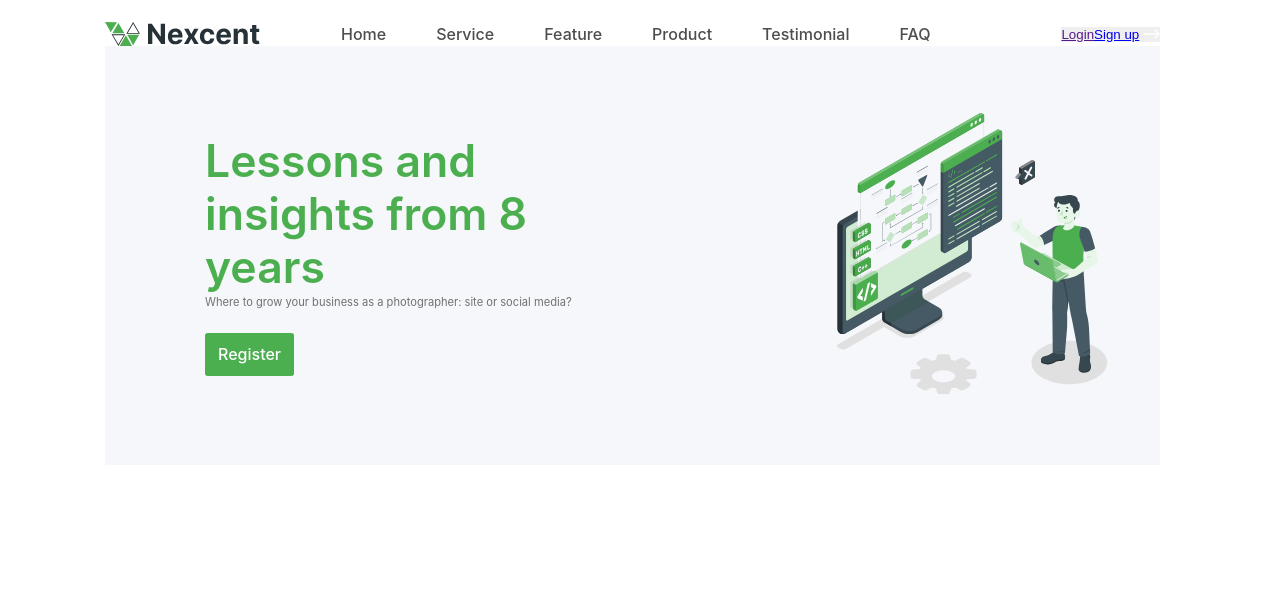
Repository: kubrazamanova/Folder4
Page: homePage/index.html
An editor plug-in stored every save of this project. The page is shown before and after the next save, followed by the edit.
The browser window is 1280 px wide. The pictures show the whole page.

Above is the page before, as saved 2023-11-11 11:38:46.

### homePage/index.html
<!DOCTYPE html>
<html lang="en">
  <head>
    <meta charset="UTF-8" />
    <meta name="viewport" content="width=device-width, initial-scale=1.0" />
    <link rel="stylesheet" href="index.css" />
    <title>Document</title>
  </head>
  <body>

    <div class="container">
      <nav>
        <img src="../images/Logo.svg" alt="">
        <ul>

          <li>
            <a href="#">Home</a>
          </li>

          <li>
            <a href="#">Service</a>
          </li>
          <li>
            <a href="#">Feature</a>
          </li>

          <li>
            <a href="#">Product</a>
          </li>

          <li>
            <a href="#">Testimonial</a>
          </li>

          <li>
            <a href="#">FAQ</a>
          </li>

        </ul>
        <div class="buttons-box">
            <button class="login-btn">
                <a href="">Login</a>
            </button>
            <button class="signup-btn">
                <a href="#">Sign up</a>
                <svg xmlns="http://www.w3.org/2000/svg" width="17" height="10" viewBox="0 0 17 10" fill="none">
                    <path d="M12 9L15.2929 5.70711C15.6834 5.31658 15.6834 4.68342 15.2929 4.29289L12 1M15 5L1 5" stroke="white" stroke-width="1.5" stroke-linecap="round"/>
                    </svg>
            </button>
        </div>
      </nav>

      <div class="box2">
        <div class="left-side">
          <h1>Lessons and insights from 8 years</h1>
          <h2>
            Where to grow your business as a photographer: site or social media?
          </h2>
          <a href="#">Register</a>
        </div>

        <div class="right-side">
          <img src="../images/Illustration.svg" alt="" />
        </div>
      </div>
    </div>
  </body>
</html>

### homePage/index.css
* {
  margin: 0;
  padding: 0;
  box-sizing: border-box;
}

.container {
  min-height: 100vh;
  padding: 22px 120px 96px 105px;
}
.container nav{
  display: flex;
  align-items: center;
justify-content: space-between;
}
.container nav ul {
  display: flex;
  align-items: center;
}

.container nav ul li {
  list-style-type: none;
  margin-right: 50px;
}

.container nav ul li a {
  color: var(--neutral-d-grey, #4d4d4d);
  text-align: center;
  font-family: Inter;
  font-size: 16px;
  font-style: normal;
  font-weight: 500;
  line-height: 24px;
  text-decoration: none;
}

.container nav .buttons-box{
  display: flex;
  align-items: center;
}
.container nav button{
  border: none;
}


.container .box2 {
  display: flex;
  justify-content: space-between;
  align-items: center;
  padding: 66px 52px 66px 100px;
  background: var(--neutral-silver, #f5f7fa);
}

.container .box2 .left-side h1 {
  width: 450px;
  /* display: block;
    margin-top: 111px; */
  color: var(--neutral-d-grey, #4d4d4d);
  font-family: Inter;
  font-size: 44.548px;
  font-style: normal;
  font-weight: 600;
  line-height: 52.901px;
  color: var(--brand-primary, #4caf4f);
  font-family: Inter;
  font-size: 44.548px;
  font-style: normal;
  font-weight: 600;
  line-height: 52.901px;
  align-self: stretch;
}

.container .box2 .left-side h2 {
  /* display: flex;
     margin-bottom: 120px; */
  color: var(--neutral-grey, #717171);
  font-family: Inter;
  font-size: 11.137px;
  font-style: normal;
  font-weight: 400;
  line-height: 16.706px;
  margin-bottom: 22px;
}

.container .box2 .left-side a {
  width: 89px;
  text-decoration: none;
  color: var(--neutral-white, #fff);
  text-align: center;
  font-family: Inter;
  font-size: 16px;
  font-style: normal;
  font-weight: 500;
  line-height: 24px;
  display: flex;
  padding: 9.745px 22.274px;
  justify-content: center;
  align-items: center;
  gap: 6.961px;
  border-radius: 2.784px;
  background: var(--brand-primary, #4caf4f);
}

.container .box2 .right-side img {
  width: 272.163px;
  height: 283.3px;
}

After the next save:
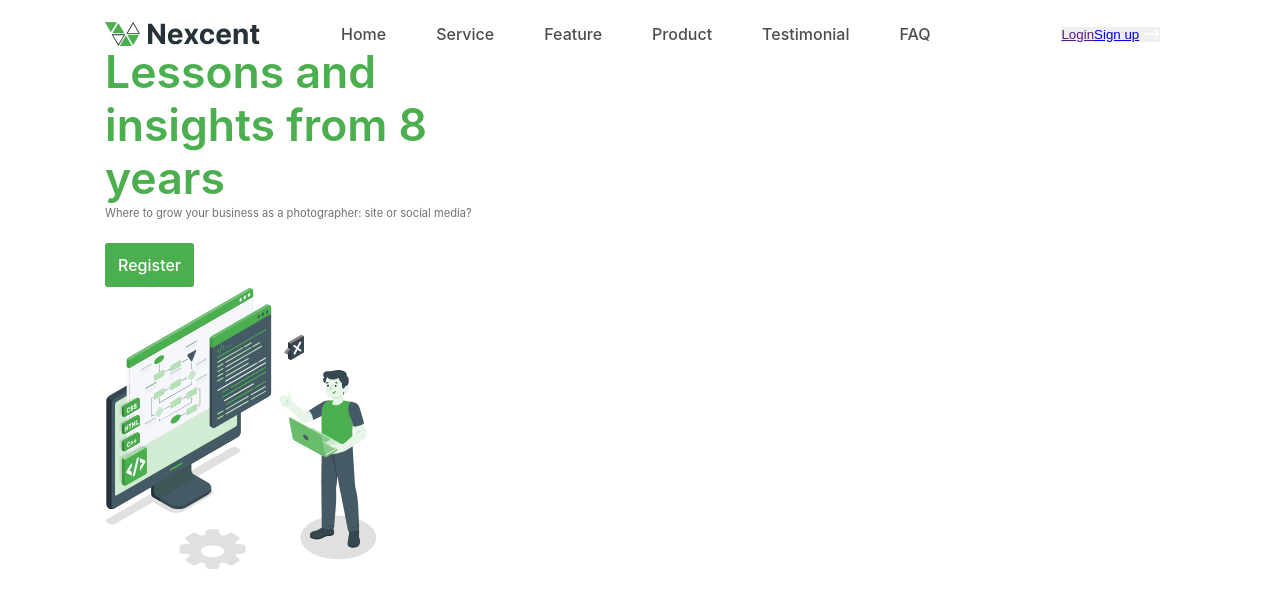
Saved 20 s later.
--- a/homePage/index.css
+++ b/homePage/index.css
@@ -41,7 +41,7 @@
 .container nav button{
   border: none;
 }
-
+.container nav .
 
 .container .box2 {
   display: flex;

After the 3 saves that followed:
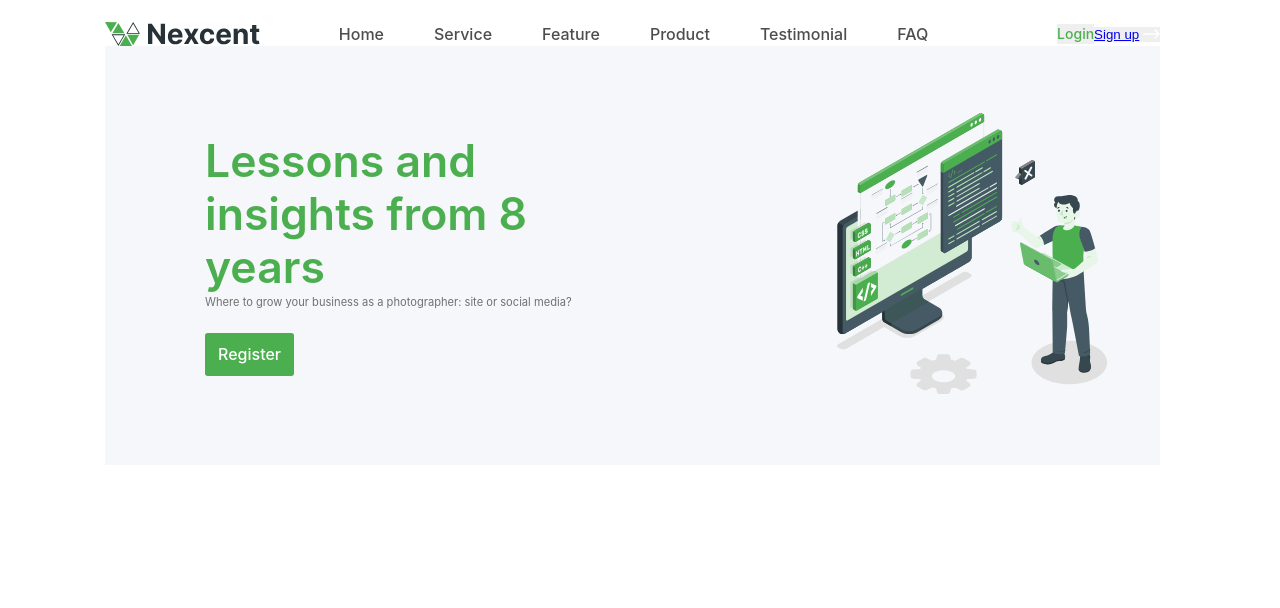
The 3 saves are shown as one change because they came seconds apart.
The last was saved 11 s later.
--- a/homePage/index.css
+++ b/homePage/index.css
@@ -41,7 +41,19 @@
 .container nav button{
   border: none;
 }
-.container nav .
+.container nav .login-btn a{
+  color: var(--brand-primary, #4CAF4F);
+text-align: center;
+font-feature-settings: 'salt' on, 'clig' off, 'liga' off;
+
+/* Label / Medium Label */
+font-family: Inter;
+font-size: 14px;
+font-style: normal;
+font-weight: 500;
+line-height: 20px; /* 142.857% */
+text-decoration: none;
+}
 
 .container .box2 {
   display: flex;
